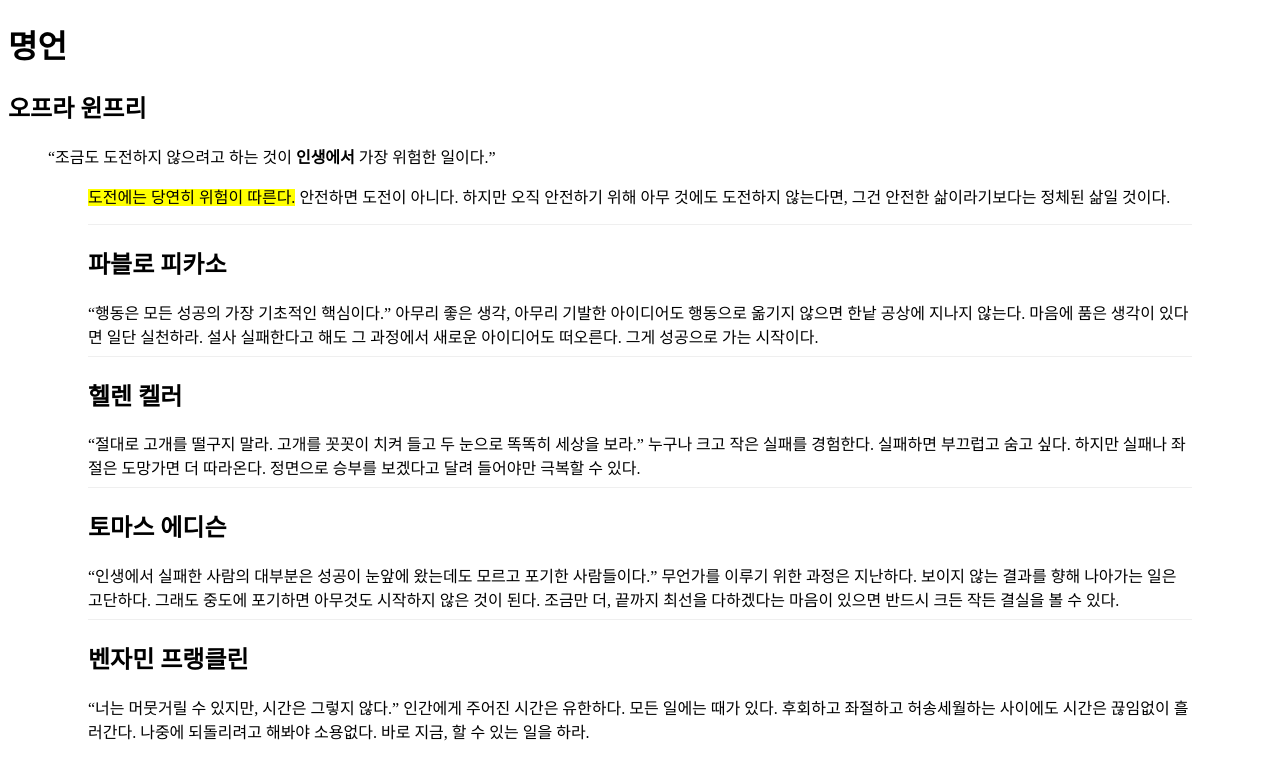
Repository: chanjin5212/Full-Stack-study
Page: client/ClientTest/src/main/webapp/html/htmlquestion/Q05.html
These files come from the project's save history. The page is drawn as it stood at one moment and after the next save; the edit follows.
The browser window is 1280 px wide. The pictures show the whole page.

Above is the page before, as saved 2022-05-24 03:30:14.

After the next save:
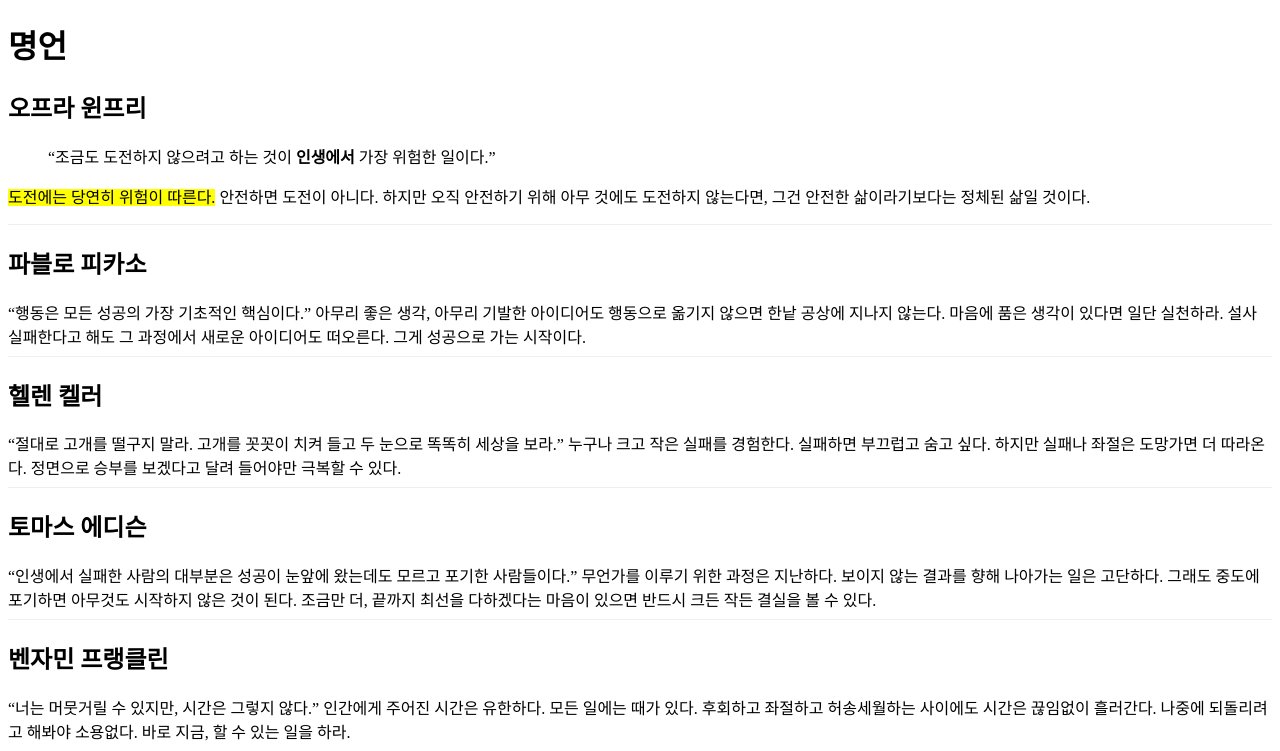
Saved 37 s later.
--- a/client/ClientTest/src/main/webapp/html/htmlquestion/Q05.html
+++ b/client/ClientTest/src/main/webapp/html/htmlquestion/Q05.html
@@ -7,7 +7,7 @@
 <body>
 <h1>명언</h1>
 <h2>오프라 윈프리</h2>
-<p><blockquote>“조금도 도전하지 않으려고 하는 것이 <strong>인생에서</strong> 가장 위험한 일이다.”<blockquote>
+<p><blockquote>“조금도 도전하지 않으려고 하는 것이 <strong>인생에서</strong> 가장 위험한 일이다.”</blockquote>
 <mark>도전에는 당연히 위험이 따른다.</mark> 안전하면 도전이 아니다. 하지만 오직 안전하기 위해 아무 것에도 도전하지 않는다면, 그건 안전한 삶이라기보다는 정체된 삶일 것이다.</p>
 <hr size="1" color="#EFEFEF">
 <h2>파블로 피카소</h2>
